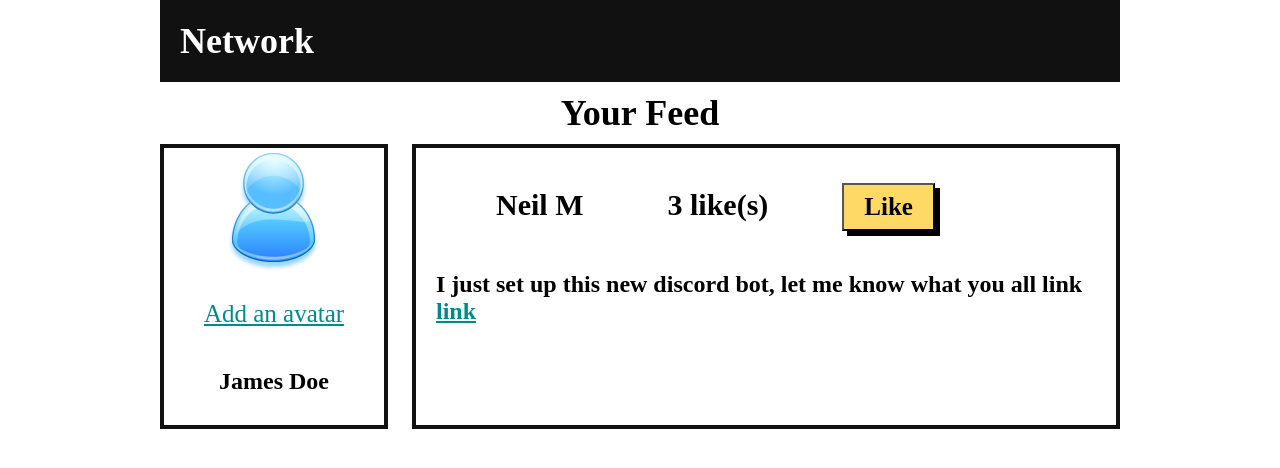
Repository: Blender20/liking_likes
Page: index.html
An editor plug-in stored every save of this project. The page is shown before and after the next save, followed by the edit.
The browser window is 1280 px wide. The pictures show the whole page.
Some web fonts or font styles are not loaded; a fallback is used.

Above is the page before, as saved 2022-03-30 11:11:43.

### index.html
<!DOCTYPE html>
<html lang="en">

<head>
  <meta charset="UTF-8">
  <meta http-equiv="X-UA-Compatible" content="IE=edge">
  <meta name="viewport" content="width=device-width, initial-scale=1.0">
  <link rel="stylesheet" href="style.css">
  <title>Document</title>
</head>

<body>
  <nav>
    <h1>Network</h1>
  </nav>
  <div class="feed">
    <h1>Your Feed</h1>
  </div>
  <div class="container flex">
    <div class="leftColumn">

      <div class="avatar">
        <div class="img"><img src="./user.png" alt="user icon"></div>
      </div>
      <div class="addAvatar"><a href="#">Add an avatar</a>
      </div>
      <div class="userInput">
        <h2>James Doe</h2>
      </div>
    </div>

    <div class="right">
      <h3>Neil M</h3>
      <h3><span id="likeCount">3</span> like(s)</h3>
      <button onclick="addLike()" id="like">Like</button>

      <div class="text-box">
        <h2>I just set up this new discord bot, let me know what you all link <a href="#">link</a></h2>
      </div>
    </div>
  </div>
  <script src="script.js"></script>
</body>

</html>

### style.css
@import url('https://fonts.googleapis.com/css2?family=Balsamiq+Sans:ital,wght@0,400;0,700;1,700&display=swap');
  *{
  padding: 0;
  margin: 0;
  box-sizing: border-box;
  font-family: 'Balsamiq Sans', cursive;
}

.flex {
  display: flex;
  justify-content: space-between;
  align-self: center;
  gap:1.5em;
}
nav{
  min-height: 70px;
  background-color: #111;
  display: block;
  width: 75%;
  margin: 0 auto;

  color: #fff;
  font-family: "balsamiq Sans";
  padding: 10px
}
.container {
  margin: 0 auto;
  width: 75%

}

 .leftColumn{
  border: 4px solid #111;
  margin-top: 50px;
  flex:1;
  margin: 0 auto;

 }

.right {
  border: 4px solid #111;
  /* justify-content: space-between; */
 /* align-items: center; */
 flex:3;
 padding: 20px;
}


h1 {

  font-size: 36px;
  padding: 10px;
}
h2 {
  display:inline-block



}
h3 {
  font-size: 30px;
  display: inline;
  padding-left: 40px;
  margin:20px;
  text-align: end;

}
.feed {
  text-align: center;
  justify-content: center;
}
.text-box {
  margin-top: 40px;
}
a {
  color: darkcyan
}


#like {
  background-color: #FFD966;
  padding: 8px 20px;
  margin-top: 15px;
  margin-left: 50px;
  font-weight: 900;
  font-size: 25px;
  box-shadow: 5px 5px;

}
.avatar{
  /* margin-top: 20px; */
  text-align: center;

}
.addAvatar{
  margin-top: 20px;
  text-align: center;
  font-size: 25px;

}
.userInput {
  text-align: center;
  margin-top: 40px;
  margin-bottom: 30px;
}

### script.js
var likeCount = document.querySelector('#likeCount')
console.log(likeCount)
function addLike() {

  likeCount.innerText++;

}

After the next save:
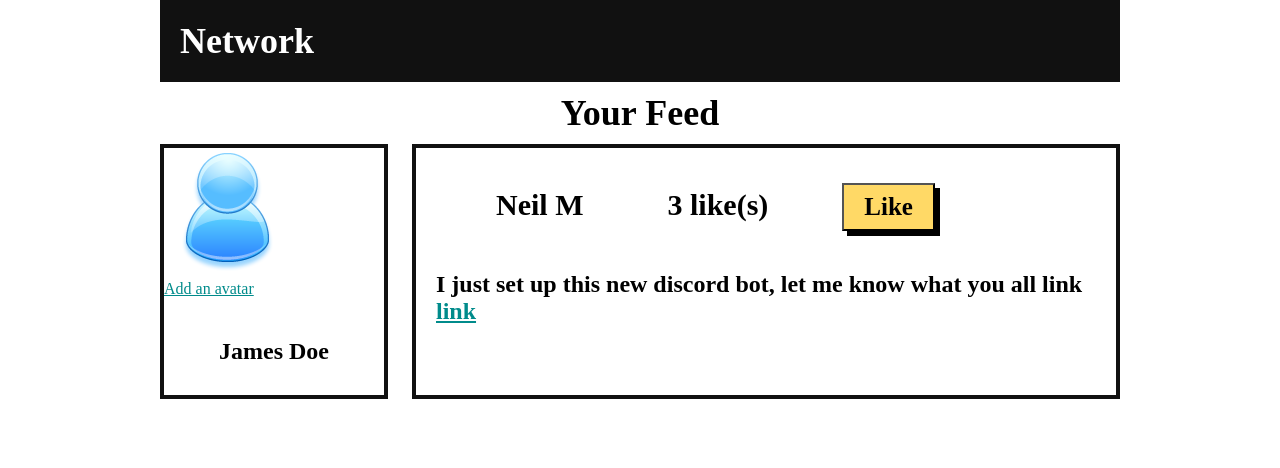
Saved 22 s later.
--- a/style.css
+++ b/style.css
@@ -87,9 +87,7 @@
   box-shadow: 5px 5px;
 
 }
-.avatar{
-  /* margin-top: 20px; */
-  text-align: center;
+
 
 }
 .addAvatar{

After the save that followed:
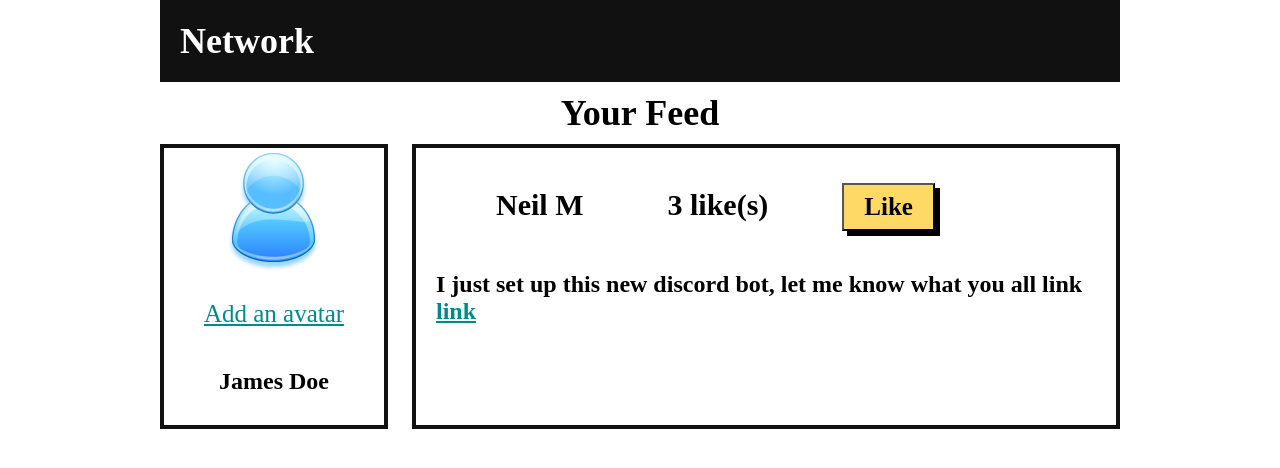
Saved 4 s later.
--- a/style.css
+++ b/style.css
@@ -87,7 +87,9 @@
   box-shadow: 5px 5px;
 
 }
-
+.avatar{
+  /* margin-top: 20px; */
+  text-align: center;
 
 }
 .addAvatar{
